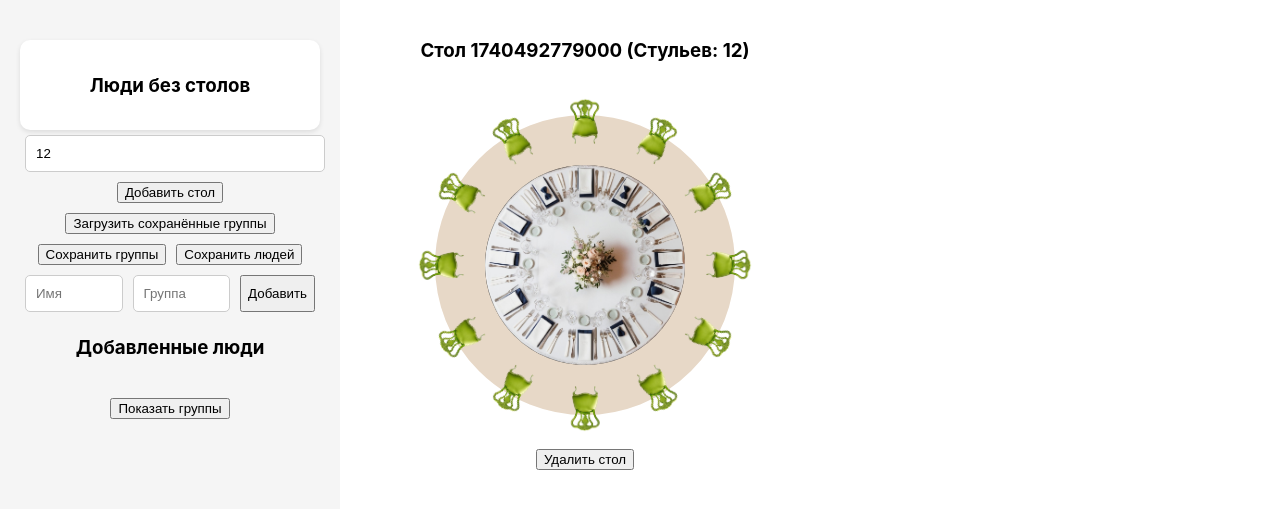
Repository: Vahan-23/Table-V2
Page: /, after clicking the first element matching `button`
The author's editor kept a copy of each file at every save. The page is drawn from the files as they stood at one save, then again after the next save.
The browser window is 1280 px wide. The pictures show the whole page.
The project was rebuilt for these pictures with package versions that can differ from the ones it lists, and the page was loaded fresh each time.

Above is the page before, as saved 2025-02-26 13:11:52.

### src/App.js
import './App.css';
import SeatingArrangement from './component/SeatingArrangement';

function App() {
  return (
    <div className="App">
      <SeatingArrangement />
    </div>
  );
}

export default App;

### src/component/SeatingArrangement.jsx
import React, { useState, useEffect } from 'react';
import { useDrag, useDrop } from 'react-dnd';
import { DndProvider } from 'react-dnd';
import { HTML5Backend } from 'react-dnd-html5-backend';
import './App.css';


const SeatingArrangement = () => {
    const [tables, setTables] = useState([]);
    const [people, setPeople] = useState([]);
    const [groupInput, setGroupInput] = useState('');
    const [peopleInput, setPeopleInput] = useState('');
    const [showGroups, setShowGroups] = useState(false);
    const [draggingGroup, setDraggingGroup] = useState(null);
    const [zoom, setZoom] = useState(1);
    const [chairCount, setChairCount] = useState(12);


    const UnseatedPeopleList = ({ people, tables }) => {
        // Фильтруем людей, которые не сидят за столами
        const unseatedPeople = people.filter((person) => {
            return !tables.some((table) => table.people.some((tablePerson) => tablePerson && tablePerson.name === person.name));
        });

        return (
            <div className="unseated-people-list">
                <h3>Люди без столов</h3>
                <ul>
                    {unseatedPeople.map((person, index) => (
                        <li key={index}>
                            {person.name} (Группа {person.group})
                        </li>
                    ))}
                </ul>
            </div>
        );
    };

    useEffect(() => {
        window.addEventListener("wheel", handleWheel, { passive: false });
        return () => window.removeEventListener("wheel", handleWheel);
    }, []);

    const handleWheel = (e) => {
        if (e.ctrlKey) {
            e.preventDefault();
            setZoom((prevZoom) => {
                let newZoom = prevZoom + (e.deltaY > 0 ? -0.1 : 0.1);
                return Math.min(Math.max(newZoom, 0.5), 2); // Ограничиваем от 0.5x до 2x
            });
        }
    };

    useEffect(() => {
        const savedTables = JSON.parse(localStorage.getItem('tables'));
        if (savedTables) setTables(savedTables);
        const savedPeople = JSON.parse(localStorage.getItem('people'));
        if (savedPeople) setPeople(savedPeople);
    }, []);

    const handleAddPerson = (tableId, person) => {
        if (peopleInput && groupInput) {
            const newPerson = { name: peopleInput, group: groupInput };
            setPeople([...people, newPerson]);
            setPeopleInput('');
            setGroupInput('');
            setTables((prevTables) =>
                prevTables.map((table) =>
                  table.id === tableId
                    ? { ...table, people: [...table.people, person] } // Добавление нового человека
                    : table
                )
              );
        } else {
            alert('Пожалуйста, заполните все поля.');
        }
    };

    const handleDeletePerson = (personName) => {
        setPeople(people.filter((person) => person.name !== personName));
    };

    const handleAddTable = () => {
        setTables([...tables, { id: Date.now(),  people: [], chairCount }]); // Передаем количество стульев в таблицу
    };


    const handleChairCountChange = (e) => {
        setChairCount(parseInt(e.target.value, 10)); // Изменяем количество стульев
    };

    const handleDeleteTable = (tableId) => {
        setTables((prevTables) => {
            const tableToRemove = prevTables.find((t) => t.id === tableId);

            if (tableToRemove) {
                setPeople((prevPeople) => {
                    const peopleToReturn = tableToRemove.people.filter((p) => p && p.name); // Проверка на пустые или невалидные объекты

                    const newPeople = [...prevPeople];
                    peopleToReturn.forEach((person) => {
                        // Проверка на наличие такого человека в новом списке людей
                        if (person && !newPeople.some((p) => p.name === person.name)) {
                            newPeople.push(person);
                        }
                    });
                    return newPeople;
                });
            }

            // Удаляем стол
            return prevTables.filter((t) => t.id !== tableId);
        });
    };

    const saveTables = () => {
        localStorage.setItem('tables', JSON.stringify(tables));
    };

    const loadSavedTables = () => {
        const savedTables = JSON.parse(localStorage.getItem('tables'));
        if (savedTables) setTables(savedTables);
    };

    const savePeople = () => {
        localStorage.setItem('people', JSON.stringify(people));
    };


    const renderGroups = () => {
        const groupedPeople = people.reduce((acc, person) => {
            if (!acc[person.group]) acc[person.group] = [];
            acc[person.group].push(person);
            return acc;
        }, {});

        return Object.entries(groupedPeople).map(([groupName, group], index) => (
            <Group
                key={index}
                group={group}
                groupName={groupName} // отображаем имя группы, которое задано пользователем
                setDraggingGroup={setDraggingGroup}
            />
        ));
    };

    return (
        <DndProvider backend={HTML5Backend}>
            <div className="container">
                <div className="left-panel">
                <UnseatedPeopleList people={people} tables={tables} />
                    <div className="controls">
                    <input
                            type="number"
                            value={chairCount}
                            onChange={handleChairCountChange}
                            min="1"
                            placeholder="Количество стульев на столе"
                        />
                        <button onClick={handleAddTable}>Добавить стол</button>
                        <button onClick={loadSavedTables}>Загрузить сохранённые группы</button>
                        <button onClick={saveTables}>Сохранить группы</button>
                        <button onClick={savePeople}>Сохранить людей</button>
                    </div>

                    <div className="person-input">
                        <input
                            type="text"
                            value={peopleInput}
                            onChange={(e) => setPeopleInput(e.target.value)}
                            placeholder="Имя"
                        />
                        <input
                            type="text"
                            value={groupInput}
                            onChange={(e) => setGroupInput(e.target.value)}
                            placeholder="Группа"
                        />
                        <button onClick={handleAddPerson}>Добавить</button>
                    </div>

                    <div className="people-list">
                        <h3>Добавленные люди</h3>
                        <ul>
                            {people.map((person, index) => (
                                <li key={index}>
                                    {person.name} (Группа {person.group})
                                    <button
                                        onClick={() => handleDeletePerson(person.name)}
                                        className="delete-btn"
                                    >
                                        Удалить
                                    </button>
                                </li>
                            ))}
                        </ul>
                    </div>

                    <div className="toggle-groups">
                        <button onClick={() => setShowGroups(!showGroups)}>
                            {showGroups ? 'Скрыть группы' : 'Показать группы'}
                        </button>
                        {showGroups && (
                            <div className="group-list">

                                <h3>Группы для перетаскивания: </h3>
                                {renderGroups()}
                                <div className="controls">
                                    <button onClick={() => setZoom((z) => Math.min(z + 0.1, 2))}>+</button>
                                    <button onClick={() => setZoom((z) => Math.max(z - 0.1, 0.5))}>-</button>
                                </div>
                            </div>
                        )}
                    </div>
                </div>

                <div className="right-panel" style={{ transform: `scale(${zoom})`, transformOrigin: "center" }}>
            {tables.map((table) => (
                <Table
                    key={table.id}
                    table={table}
                    setTables={setTables}
                    handleDeleteTable={handleDeleteTable}
                    draggingGroup={draggingGroup}
                    setDraggingGroup={setDraggingGroup}
                    people={people} // Pass the `people` prop here
                    setPeople={setPeople}

                />
            ))}

            {draggingGroup && (
                <NewTable
                    draggingGroup={draggingGroup}
                    setTables={setTables}
                    setDraggingGroup={setDraggingGroup}
                    setPeople={setPeople}
                />
            )}
        </div>
            </div>
        </DndProvider>
    );

};

const Popup = ({ people, onSelectPerson, onClose }) => {
    return (
        <div className="popup-overlay" onClick={onClose}>
            <div className="popup-content" onClick={(e) => e.stopPropagation()}>
                <h3>Выберите человека</h3>
                <ul>
                    {people.map((person, index) => (
                        <li key={index}>
                            <button onClick={() => onSelectPerson(person)}>
                                {person.name}
                            </button>
                        </li>
                    ))}
                </ul>
                <button onClick={onClose}>Закрыть</button>
            </div>
        </div>
    );
};

// Компонент Table
const Table = ({ table, setTables, handleDeleteTable, draggingGroup, setDraggingGroup, people ,setPeople }) => {
    const [selectedChairIndex, setSelectedChairIndex] = useState(null);
    const [isPopupVisible, setIsPopupVisible] = useState(false);

    const [, drop] = useDrop({
        accept: 'GROUP',
        drop: (item) => {
            if (table.people.length + item.group.length <= table.chairCount) { // Используем chairCount стола
                setTables((prevTables) =>
                    prevTables.map((t) =>
                        t.id === table.id
                            ? { ...t, people: [...t.people, ...item.group] }
                            : t
                    )
                );
                setDraggingGroup(null);
                setPeople((prevPeople) =>
                    prevPeople.filter((person) =>
                        !item.group.some((groupPerson) => groupPerson.name === person.name)
                    )
                ); }
                else {
                alert(`На столе не может быть больше ${table.chairCount} человек!`);
            }
        },
    });

    const handleChairClick = (index) => {
        setSelectedChairIndex(index);
        setIsPopupVisible(true); // Показываем попап
    };

    const handleSelectPerson = (person) => {
        if (selectedChairIndex !== null) {
            // Копируем текущие данные стола и людей
            const updatedPeople = [...table.people];
            updatedPeople[selectedChairIndex] = person;

            // Обновляем столы с изменением людей
            setTables((prevTables) =>
                prevTables.map((t) =>
                    t.id === table.id ? { ...t, people: updatedPeople } : t
                )
            );

            // Обновляем список людей, удаляя выбранного человека
            setPeople((prevPeople) =>
                prevPeople.filter((p) => p.name !== person.name)
            );

            // Закрываем попап и сбрасываем выбранный стул
            setIsPopupVisible(false);
            setSelectedChairIndex(null);
        }
    };


    const filteredPeople = people.filter((person) => {
        return !table.people.some((tablePerson) => tablePerson && tablePerson.name === person.name);
    });

    const chairs = [];
    const angleStep = 360 / table.chairCount; // Используем chairCount стола
    const radius = 140;

    const peopleOnTable = table.people || [];

    for (let i = 0; i < table.chairCount; i++) { // Здесь также используем chairCount
        const angle = angleStep * i;
        const xPosition = radius * Math.cos((angle * Math.PI) / 180);
        const yPosition = radius * Math.sin((angle * Math.PI) / 180);

        const chairStyle = {
            position: 'absolute',
            top: '50%',
            left: '50%',
            transformOrigin: 'center',
            width: '60px',
            height: '60px',
            backgroundImage: peopleOnTable[i] ? "url('/red1.png')" : "url('/green2.png')",
            backgroundSize: 'cover',
            backgroundPosition: 'center',
            backgroundRepeat: 'no-repeat',
            color: 'white',
            display: 'flex',
            justifyContent: 'center',
            alignItems: 'center',
            borderRadius: '50%',
            fontSize: '12px',
            textAlign: 'center',
            left: `calc(50% + ${xPosition}px)`,
            top: `calc(50% + ${yPosition}px)`,

        };


        if (angle >= 0 && angle < 90) {
            chairStyle.transform = `rotate(${angle + 90}deg)`;
        } else if (angle >= 90 && angle < 180) {
            chairStyle.transform = `rotate(${angle + 90}deg)`;
        } else if (angle >= 180 && angle < 270) {
            chairStyle.transform = `rotate(${angle + 90}deg)`;
        } else {
            chairStyle.transform = `rotate(${angle + 90}deg)`;
        }

        chairs.push(
            <div
                key={i}
                className="chair"
                style={chairStyle}
                onClick={() => handleChairClick(i)}
            >
                {peopleOnTable[i] ? peopleOnTable[i].name : ''}
            </div>
        );
    }


    return (
        <div ref={drop} className="tableContainer">
            <h3>Стол {table.id} (Стульев: {table.chairCount})</h3> {/* Отображаем количество стульев */}
            <div className="table">
                <div className="table-top">
                    {chairs}
                </div>
            </div>
            <button onClick={() => handleDeleteTable(table.id)}>Удалить стол</button>

            {isPopupVisible && (
                <div className="popup-overlay">
                    <div className="popup">
                        <h3>Выберите человека</h3>
                        <ul>
                            {filteredPeople.map((person) => (
                                <li key={person.name} onClick={() => handleSelectPerson(person)}>
                                    {person.name}
                                </li>
                            ))}
                        </ul>
                        <button onClick={() => setIsPopupVisible(false)}>Закрыть</button>
                    </div>
                </div>
            )}
        </div>
    );
};


const Group = ({ group, groupName, setDraggingGroup }) => {
    const [{ isDragging }, drag] = useDrag({
        type: 'GROUP',
        item: { group },
        collect: (monitor) => ({
            isDragging: monitor.isDragging(),
        }),
    });

    useEffect(() => {
        if (isDragging) {
            setDraggingGroup(group);
        }
    }, [isDragging, group, setDraggingGroup]);

    return (
        <div ref={drag} className="group" style={{ opacity: isDragging ? 0.5 : 1 }}>
            <h4>{groupName}</h4>
        </div>
    );
};




const NewTable = ({ draggingGroup, setTables, setDraggingGroup , setPeople }) => {
    const [{ isOver }, drop] = useDrop({
        accept: 'GROUP',
        drop: (item) => {
            // Ensure the group isn't too large
            if (item.group.length <= 12) {
                const newTable = {
                    id: Date.now(), // Unique ID for the table
                    people: item.group, // Assign the dropped group to the table
                    chairCount: item.group.length, // Number of chairs is equal to the group size
                };

                // Add the new table to the state
                setTables((prevTables) => [...prevTables, newTable]);
                setPeople((prevPeople) =>
                    prevPeople.filter((person) => !item.group.some((groupPerson) => groupPerson.name === person.name))
                );

            } else {
                alert('Новый стол не может содержать больше 12 человек!');
            }

            // Reset the dragging group after the drop
            setDraggingGroup(null);
        },
        collect: (monitor) => ({
            isOver: monitor.isOver(), // Determine if the area is being hovered
        }),
    });

    return (
        <div
            ref={drop}
            className={`new-table ${isOver ? 'hovered' : ''}`} // Add a visual effect when hovered
            style={{
                border: '2px dashed gray',
                padding: '20px',
                textAlign: 'center',
                backgroundColor: isOver ? '#e0e0e0' : '#f5f5f5',
            }}
        >
            Перетащите группу сюда, чтобы создать новый стол
        </div>
    );
};


export default SeatingArrangement;

### src/component/App.css
.container {
  display: flex;
  height: 100vh;
}

.left-panel {
  width: 300px;
  background-color: #f5f5f5;
  padding: 20px;
  overflow-y: auto;
}

.right-panel {
  flex: 1;
  background-color: white;
  padding: 20px;
  overflow-y: auto;
}
.right-panel {
  transform-origin: center;
  transition: transform 0.2s ease;
}

.controls button, .person-input button {
  margin: 5px;
}

.person-input {
  display: flex;
  justify-content: space-between;
  margin-bottom: 10px;
}

input {
  display: flex;
  justify-content: space-between;
  padding: 10px;
  margin: 5px;
  border: 1px solid #ccc;
  border-radius: 5px;
  width: calc(100% - 22px); /* Учитываем padding и border */
}
.people-list ul {
  list-style-type: none;
  padding: 0;
}

.people-list li {
  margin-bottom: 10px;
}

.delete-btn {
  margin-left: 10px;
}

.toggle-groups button {
  margin-top: 20px;
}

.tableContainer{
  position: relative;
  display: flex;
  width: 450px;
  height: 450px;
  /* background-color: aqua; */
  justify-content: space-between;
  align-items: center;
  text-align: center;
  flex-direction: column;
  /* border-radius: 50%; */
  overflow: hidden;
}

.table {
  /* position: relative; */
  margin: 20px;
  width: 200px;
  height: 200px;
  border: 50px solid #e7d8c7;
  border-radius: 50%;
  display: flex;
  justify-content: center;
  align-items: center;
  background-image: url('../../public/table.jpg');
  background-size: cover;
}

.table-top {
  position: relative;
  top: -15%;
  left: -15%;
  /* /* width: 250px; */
  /* height: 250px; */
}

.chair {
  position: absolute;
  width: 60px;
  height: 60px;
  background-size: cover;
  background-position: center;
  background-repeat: no-repeat;
  color: white;
  display: flex;
  justify-content: center;
  align-items: center;
  border-radius: 50%;
  font-size: 12px;
  text-align: center;
  cursor: pointer;
  transition: transform 0.2s ease, opacity 0.2s ease;
}

.chair:hover {
  transform: scale(1.1);
  opacity: 0.7;
}
.new-table {
  width: 100px;
  height: 100px;
  background-color: lightgray;
  margin: 10px;
  display: flex;
  justify-content: center;
  align-items: center;
  font-size: 14px;
  border: 2px dashed #3498db;
  position: relative;
}

.group {
  background-color: white;
  padding: 15px;
  border-radius: 10px;
  box-shadow: 0 2px 5px rgba(0, 0, 0, 0.1);
  margin: 10px 0;
  cursor: grab;
}
.group h4 {
  margin: 0;
}

/* Стиль для затемнённого фона */
.popup-overlay {
  position: fixed;
  top: 0;
  left: 0;
  width: 100%;
  height: 100%;
  background: rgba(0, 0, 0, 0.7);
  display: flex;
  justify-content: center;
  align-items: center;
  z-index: 1000; /* Делает попап на переднем плане */
}

/* Стиль для самого попапа */
.popup {
  background-color: white;
  padding: 20px;
  border-radius: 8px;
  box-shadow: 0 4px 6px rgba(0, 0, 0, 0.1);
  width: 300px;
  max-height: 80%;
  overflow-y: auto;
}

/* Список людей */
.popup ul {
  list-style-type: none;
  padding: 0;
}

.popup li {
  padding: 10px;
  cursor: pointer;
  border-bottom: 1px solid #ddd;
}

.popup li:hover {
  background-color: #f0f0f0;
}

.popup button {
  margin-top: 10px;
  background-color: #ff6b6b;
  color: white;
  border: none;
  padding: 10px 15px;
  border-radius: 5px;
  cursor: pointer;
  font-size: 14px;
}

.popup button:hover {
  background-color: #ff4a4a;
}

.unseated-people-list {
  background-color: white;
  padding: 15px;
  border-radius: 10px;
  box-shadow: 0 2px 5px rgba(0, 0, 0, 0.1);
  margin-top: 20px;
}
.unseated-people-list ul {
  list-style-type: none;
  padding: 0;
}
.unseated-people-list li {
  padding: 10px;
  border-bottom: 1px solid #eee;
}

Loaded but not shown: public/index.html (common file); src/index.js (common file); src/index.css (common file); src/reportWebVitals.js (common file); src/App.css (common file)

After the next save:
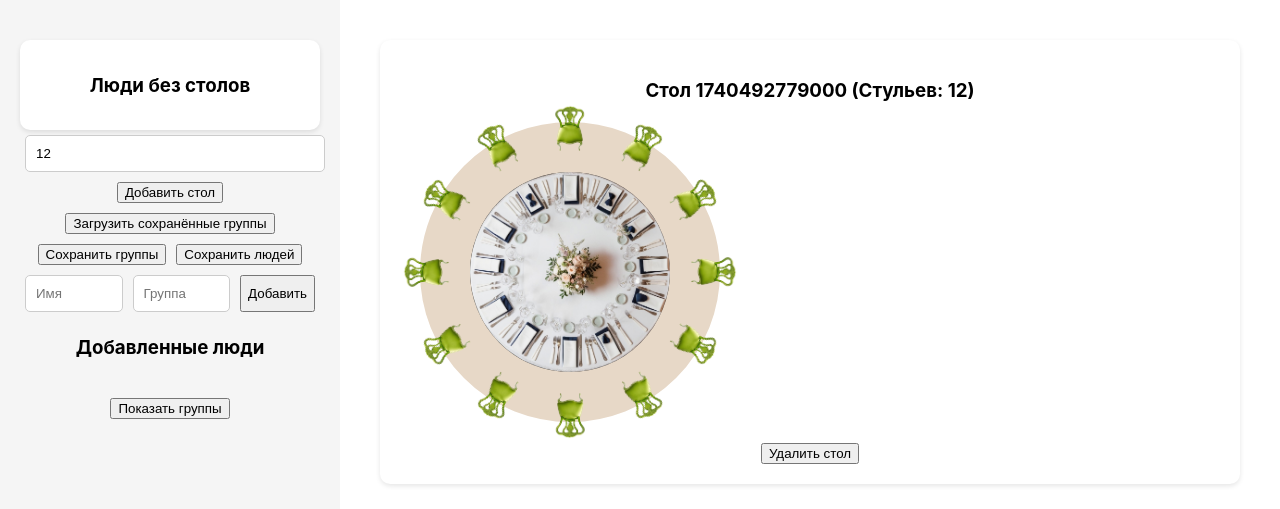
Saved 44 s later.
--- a/src/component/App.css
+++ b/src/component/App.css
@@ -56,19 +56,13 @@ input {
 .toggle-groups button {
   margin-top: 20px;
 }
-
-.tableContainer{
+.tableContainer {
+  background-color: white;
+  padding: 20px;
+  border-radius: 10px;
+  box-shadow: 0 2px 5px rgba(0, 0, 0, 0.1);
+  margin: 20px;
   position: relative;
-  display: flex;
-  width: 450px;
-  height: 450px;
-  /* background-color: aqua; */
-  justify-content: space-between;
-  align-items: center;
-  text-align: center;
-  flex-direction: column;
-  /* border-radius: 50%; */
-  overflow: hidden;
 }
 
 .table {
